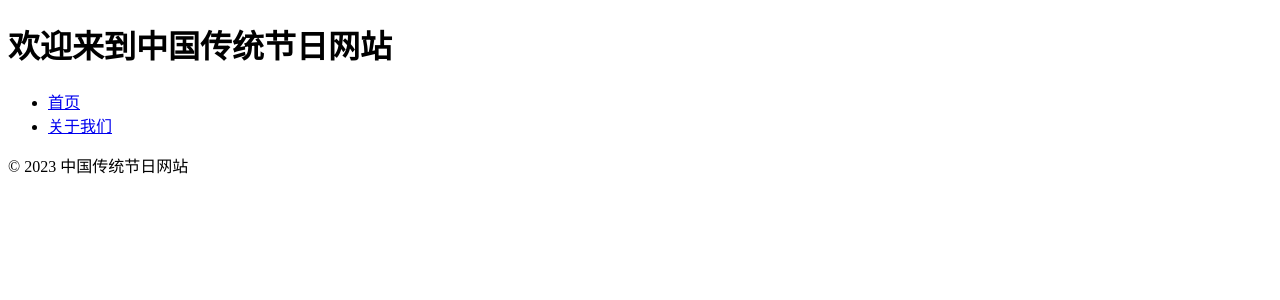
Repository: XueJie1/computer-operation-basics
Page: pages/about.html
The author's editor kept a copy of each file at every save. The page is drawn from the files as they stood at one save, then again after a run of saves.
The browser window is 1280 px wide. The pictures show the whole page.

Above is the page before, as saved 2023-08-30 14:32:35.

After the next 2 saves:
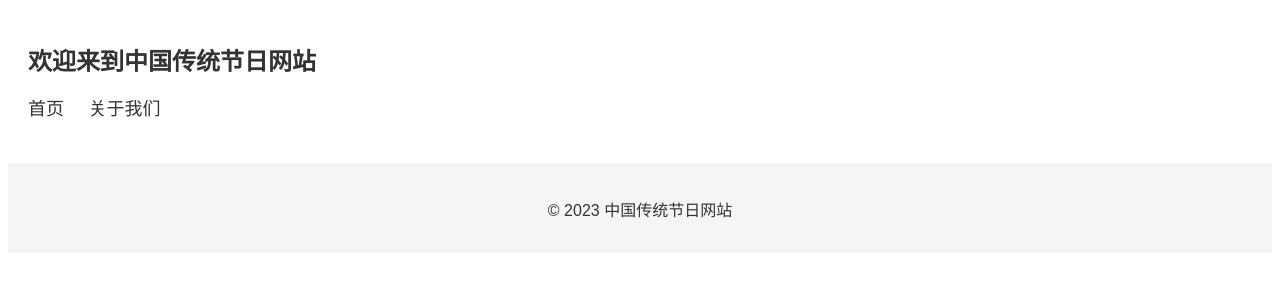
The 2 saves are shown as one change because they came seconds apart.
The last was saved 20 s later.
--- a/pages/about.html
+++ b/pages/about.html
@@ -5,6 +5,7 @@
     <meta charset="UTF-8">
     <meta name="viewport" content="width=device-width, initial-scale=1.0">
     <title>关于</title>
+    <link rel="stylesheet" type="text/css" href="../css/styles.css" />
     <script src="https://cdn.bootcdn.net/ajax/libs/jquery/3.6.4/jquery.js"></script>
 </head>
 
